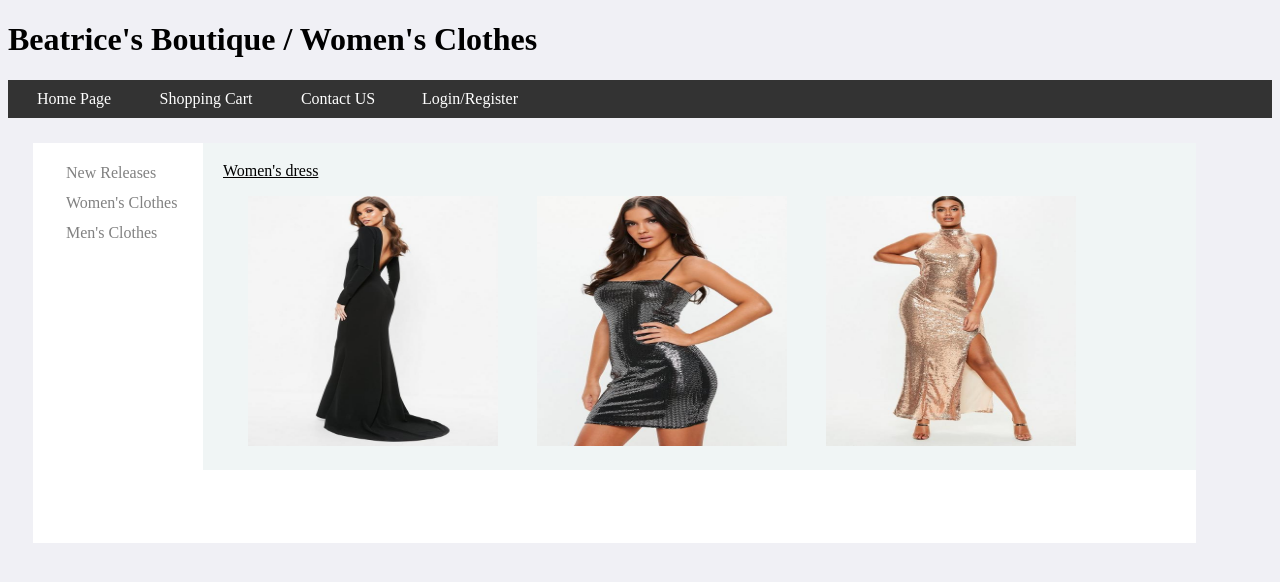
Repository: IosifDobos/Beatrice-Boutique
Page: BeatriceBoutique/Java/WorkSpace/BeatriceBoutique/WebContent/womensClothes.html
An editor plug-in stored every save of this project. The page is shown before and after the next save, followed by the edit.
The browser window is 1280 px wide. The pictures show the whole page.

Above is the page before, as saved 2018-12-04 17:13:58.

After the next save:
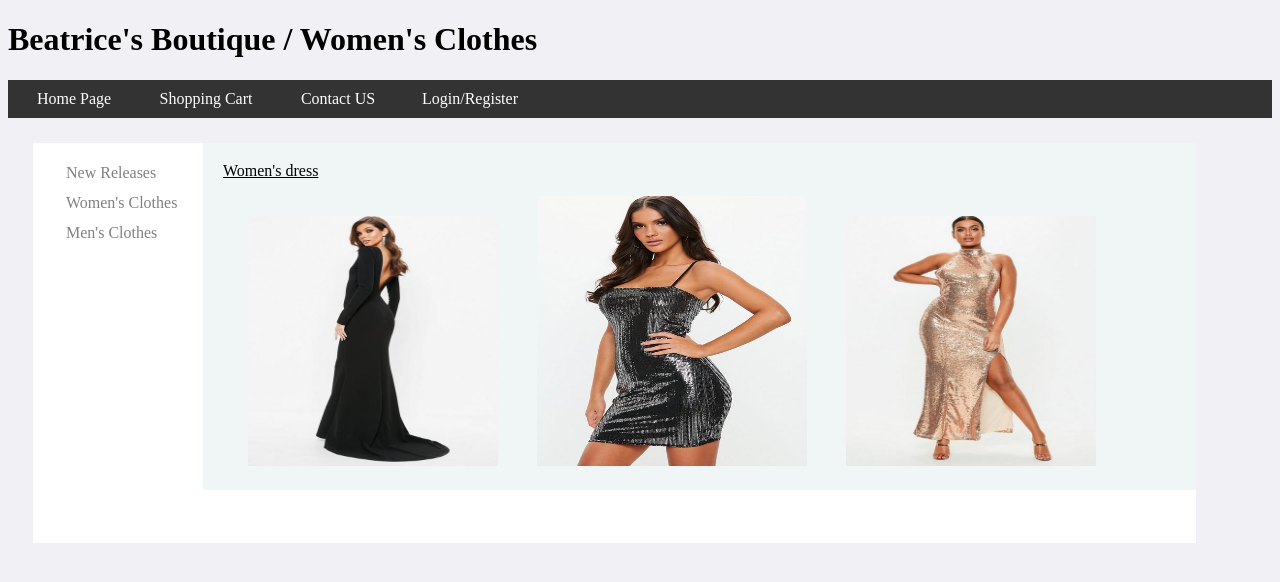
Saved 25 s later.
--- a/BeatriceBoutique/Java/WorkSpace/BeatriceBoutique/WebContent/womensClothes.html
+++ b/BeatriceBoutique/Java/WorkSpace/BeatriceBoutique/WebContent/womensClothes.html
@@ -30,7 +30,7 @@
 
 			<img alt="dress" src="womens-img/black-open-back-maxi-dress.jpg" width="250" height="250" style="margin-left: 25px;">
 
-			<img alt="dress1" src="womens-img/black-sewn-through-disc-bodycon-mini-dress.jpg" width="250" height="250" style="margin-left: 35px;">
+			<img alt="dress1" src="womens-img/black-sewn-through-disc-bodycon-mini-dress.jpg" width="270" height="270" style="margin-left: 35px;">
 
 			<img alt="dress2" src="womens-img/gold-sequin-choker-maxi-dress.jpg" width="250" height="250" style="margin-left: 35px;">
 		</div>
